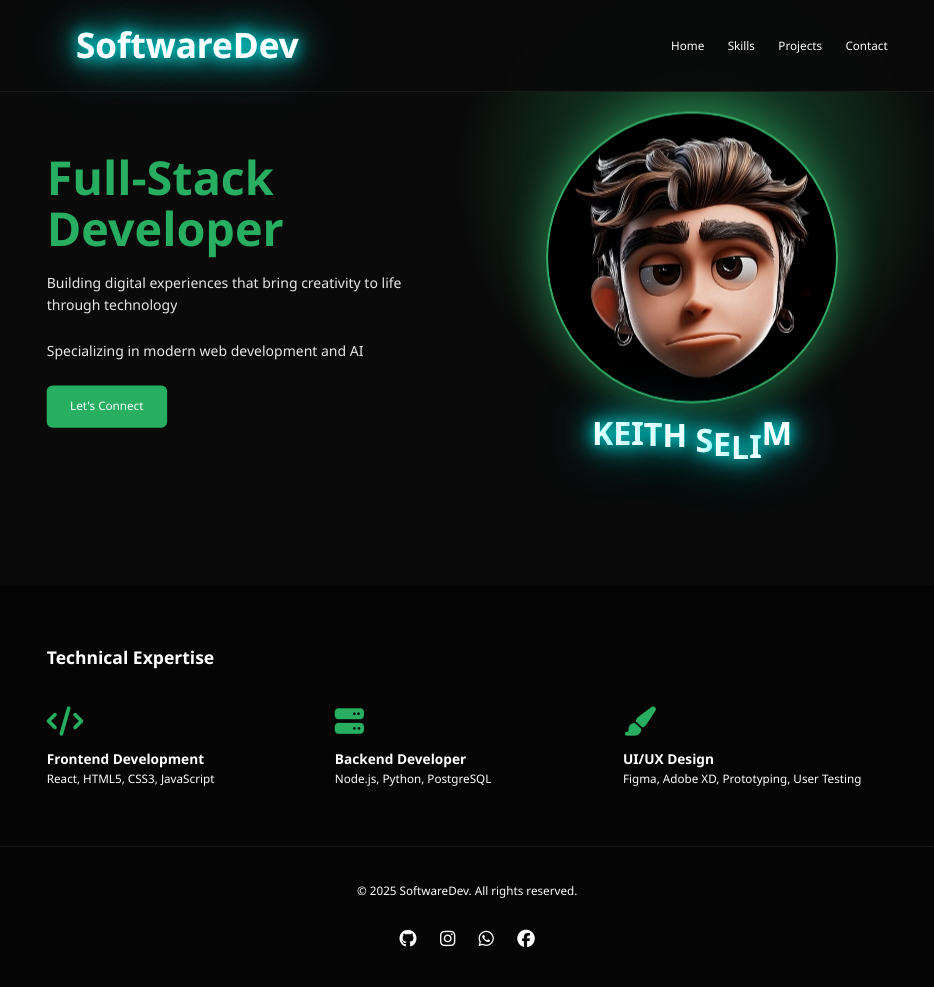
Repository: PEEZYBEE/my-react-portfolio
Page: /
An editor plug-in stored every save of this project. The page is shown before and after the next save, followed by the edit.
The browser window is 1280 px wide. The pictures show the whole page, at 73% of full size.
The project was rebuilt for these pictures with package versions that can differ from the ones it lists, and the page was loaded fresh each time. Also part of the build but not shown: vite.config.js.

Above is the page before, as saved 2025-04-21 01:38:30.

After the next save:
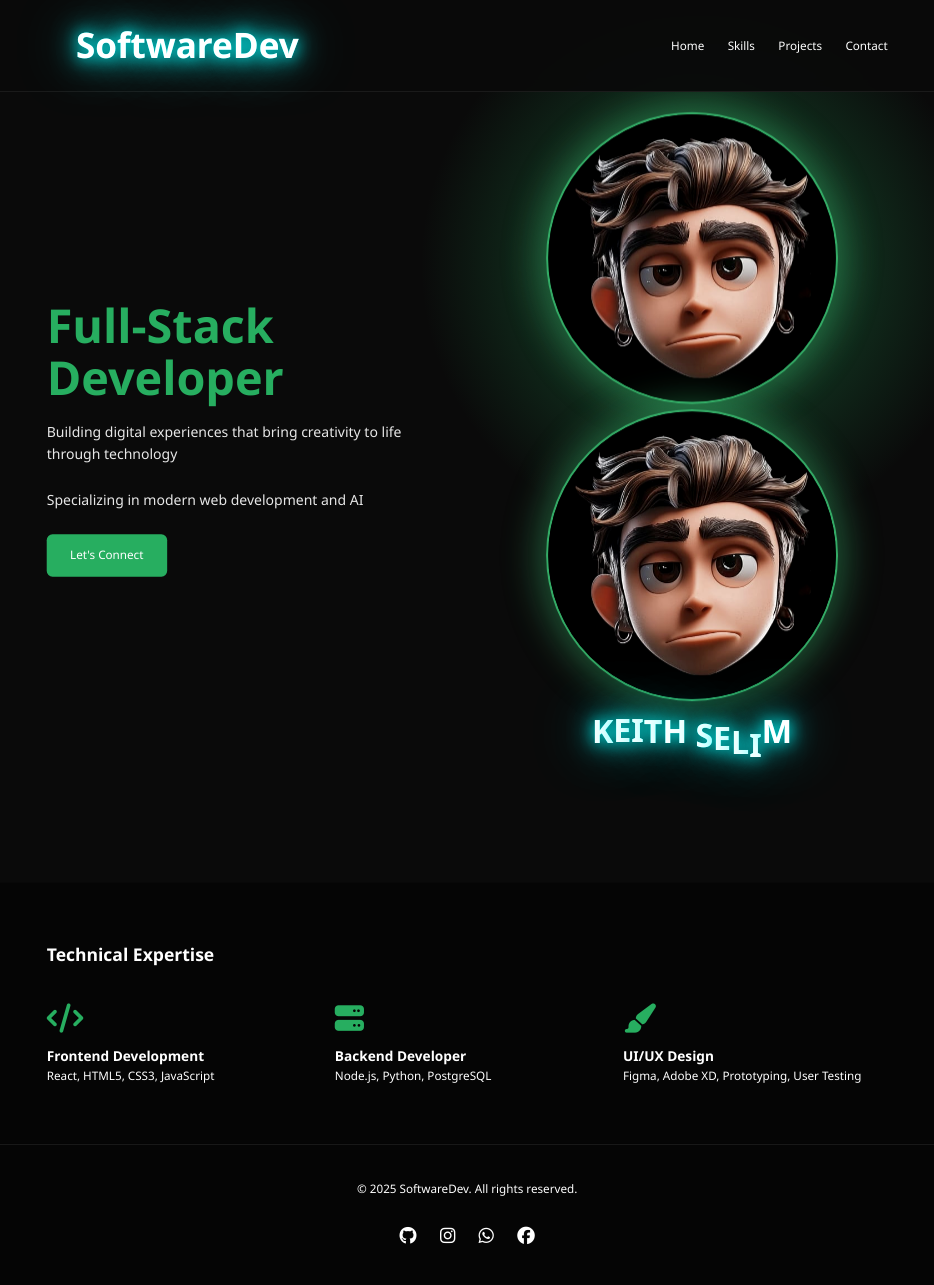
Saved 5 s later.
--- a/src/components/Hero.jsx
+++ b/src/components/Hero.jsx
@@ -14,6 +14,7 @@ const Hero = () => {
       </div>
 
       <div className="hero-image-container">
+      <img src={profileImage} alt="Profile" className="profile-img" />
       <img src={profileImage} alt="Profile" className="profile-img" />
 
         <div className="name-banner">
